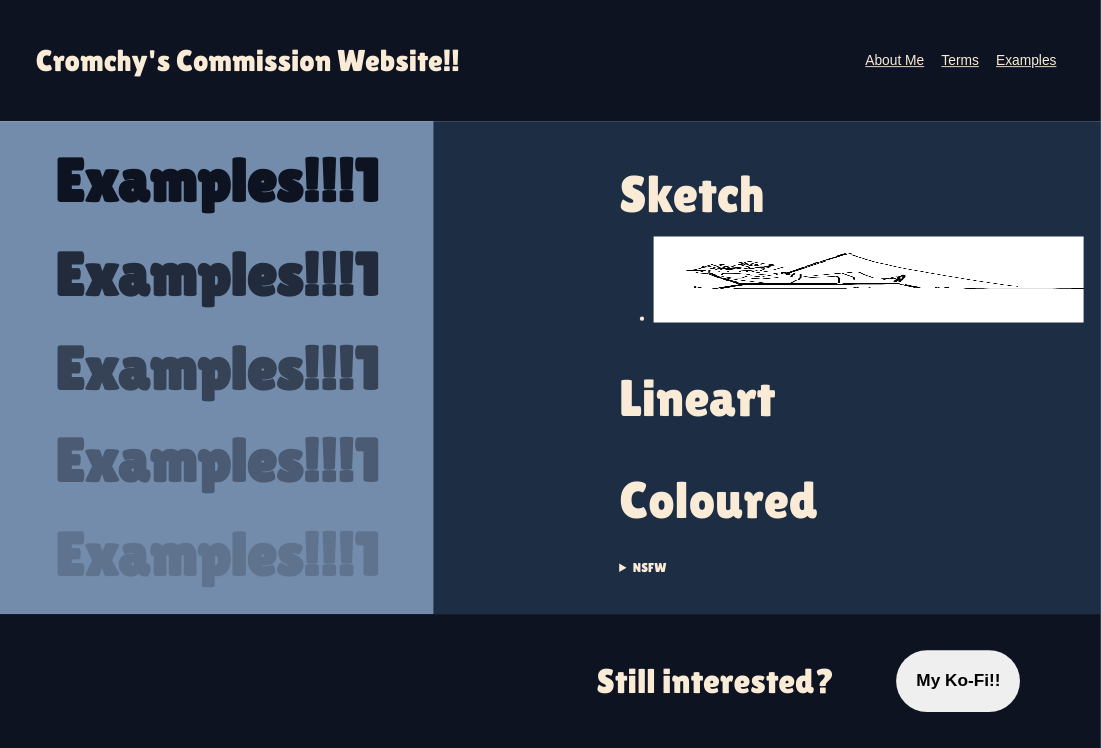
Repository: crackaLack1n/Cromchys_Commission_Site
Page: /Examples
These files come from the project's save history. The page is drawn as it stood at one moment and after the next save; the edit follows.
The browser window is 1280 px wide. The pictures show the whole page, at 86% of full size.
The project was rebuilt for these pictures with package versions that can differ from the ones it lists, and the page was loaded fresh each time. The framework's server and built-in components were replaced by stand-ins that run in the browser. Also part of the build but not shown: next.config.mjs.

Above is the page before, as saved 2024-06-14 20:58:27.

### pages/_app.js
import "@/styles/globals.css";
import { Lilita_One } from "next/font/google";


const lilita_One = Lilita_One({ weight: '400', subsets: ["latin"] });

export default function App({ Component, pageProps }) {
  return <Component {...pageProps} />;
}

### pages/Examples.js
import styles from '@/styles/Examples.module.css';
import Image from 'next/image';
import Footer from "@/Components/Footer";
import Header from "@/Components/Header";
import { Lilita_One } from "next/font/google";


const lilita_One = Lilita_One({ weight: '400', subsets: ["latin"] });



export default function Idk() {
  return (
    <>
      <Header />
      <main className={`${styles.main}`}>
        <div className={styles.mainContainer}>
          <div className={styles.containerLeft}>
            <div className={`${styles.contentLeft} ${lilita_One.className}`}>
              <p >Examples!!!1</p>
              <p style={{ opacity: '0.8' }}>Examples!!!1</p>
              <p style={{ opacity: '0.6' }}>Examples!!!1</p>
              <p style={{ opacity: '0.4' }}>Examples!!!1</p>
              <p style={{ opacity: '0.2' }}>Examples!!!1</p>
            </div>
          </div>
          <div className={styles.containerRight}>
            <div className={styles.contentRight}>
              <div className={styles.section}>
                <h2 className={`${styles.heading} ${lilita_One.className}`}>Sketch</h2>
                <ul className={styles.sectionList}>
                  <li><Image src={'/images/banner2.png'} width={500} height={100}></Image></li>
                </ul>
              </div>

              <div className={styles.section}>
                <h2 className={`${styles.heading} ${lilita_One.className}`}>Lineart</h2>
                <ul className={styles.sectionList}>
                </ul>
              </div>

              <div className={styles.section}>
                <h2 className={`${styles.heading} ${lilita_One.className}`}>Coloured</h2>
                <ul className={styles.sectionList}>
                </ul>
              </div>

              <div className={styles.section}>
                <details className={`${styles.headingNSFW} ${lilita_One.className}`}>
                  <summary>NSFW</summary>
                  <ul className={styles.sectionList}>
                    <li>hi</li>
                  </ul>
                </details>
              </div>
            </div>
          </div>
        </div>
      </main>
      <Footer />
    </>
  )
}

### styles/globals.css
:root {

}

body {
  margin: 0;
}

### styles/Examples.module.css
.main {
  display: flex;
  min-height: 20vh;
  background-color: #748CAB;
}


.mainContainer {
  position: relative;
 display: grid;
 grid-template-columns:  1fr 3fr;
height: auto;

}

.containerLeft {
  display: flex;
  width: 70vh;
  justify-content: center;
}

.contentLeft p {
  font-size: 70px;
  font-weight: 600;
  margin: 4vh;
  color: #0D1321;
}
.containerRight {
  display: flex;
  padding-left: 30vh;
  background-color: #1D2D44;
  width: auto;
  color: antiquewhite;
  font-family: sans-serif;
}

.heading {
  font-size: 60px;
  margin-bottom: 0;
}

.headingNSFW {
  font-size: 15px;
  margin-bottom: 0;
}

.image {
  z-index: 1;
  top: 30vh;
  left: 50vh;
  position: absolute;
  border-radius: 10px;
  box-shadow: #0D1321 10px 5px 5px ;
}

.section {
margin-bottom: 5vh;
width: 100%;
}

.sectionList li {
  margin-top: 5px;
}
/* Mobile */
@media (max-width: 700px) {

}

/* Tablet and Smaller Desktop */
@media (min-width: 701px) and (max-width: 1120px) {

}

### Components/Footer/index.js
import style from './footer.module.css';
import Link from 'next/link';
import { Lilita_One } from "next/font/google";


const lilita_One = Lilita_One({ weight: '400', subsets: ["latin"] });


export default function Footer() {
  return(
    <>
    <footer className={style.main}>
      <div className={style.content}>
      <h2 className={`${style.heading} ${lilita_One.className}`}>Still interested?</h2>
      <Link href="https://ko-fi.com/E1E49HTV/commissions">
      <button className={style.button}>My Ko-Fi!!</button>
      </Link>
      </div>
    </footer>
    </>
  )
}

### Components/Header/index.js
import Link from "next/link"
import style from './header.module.css';
import { Lilita_One } from "next/font/google";


const lilita_One = Lilita_One({ weight: '400', subsets: ["latin"] });

export default function Header() {
  return (
    <>
      <div className={style.main}>
        <h2 className={`${style.heading} ${lilita_One.className}`}>Cromchy's Commission Website!!</h2>
        <nav className={style.nav}>
          <ul className={style.buttons}>
            <li><Link href={`/`}>About Me</Link></li>
            <li><Link href={`/Terms`}>Terms</Link></li>
            <li><Link href={`/Examples`}>Examples</Link></li>
          </ul>
        </nav>
      </div>
    </>
  )
}

### Components/Footer/footer.module.css
.main {
  display: flex;
  padding: 3vh;
  background-color: #0D1321;
  color: antiquewhite;
  flex-shrink: 0;
}

.content {
  display: flex;
  flex-direction: row;
  width: 100%;
  justify-content: flex-end;
  align-items: center;
}

.heading {
  margin-right: 10vh;
  font-size: 40px;
}

.button {
  margin-right: 10vh;
  width: 20vh;
  height: 10vh;
  font-family: sans-serif;
  font-weight: bold;
  font-size: 20px;
  border-radius: 50px;
  border: transparent;
}

.button:hover {
  background-color: #748CAB;
  color: antiquewhite;
}

### Components/Header/header.module.css
.main {
  display: flex;
  justify-content: space-between;
  padding: 3vh;
  background-color: #0D1321;
  color: antiquewhite;
  align-items: center;

}

.main h2 {
  font-size: 35px;
  margin-left: 20px;

}

.nav {
justify-content: end;
font-family: sans-serif;
margin-right: 20px;

}

.buttons {
  display: flex;

}

.buttons li {
  padding: 10px;
  list-style-type: none;
  color: antiquewhite;
}

.buttons a {
  color: antiquewhite;
}

Loaded but not shown: pages/_document.js (common file)

After the next save:
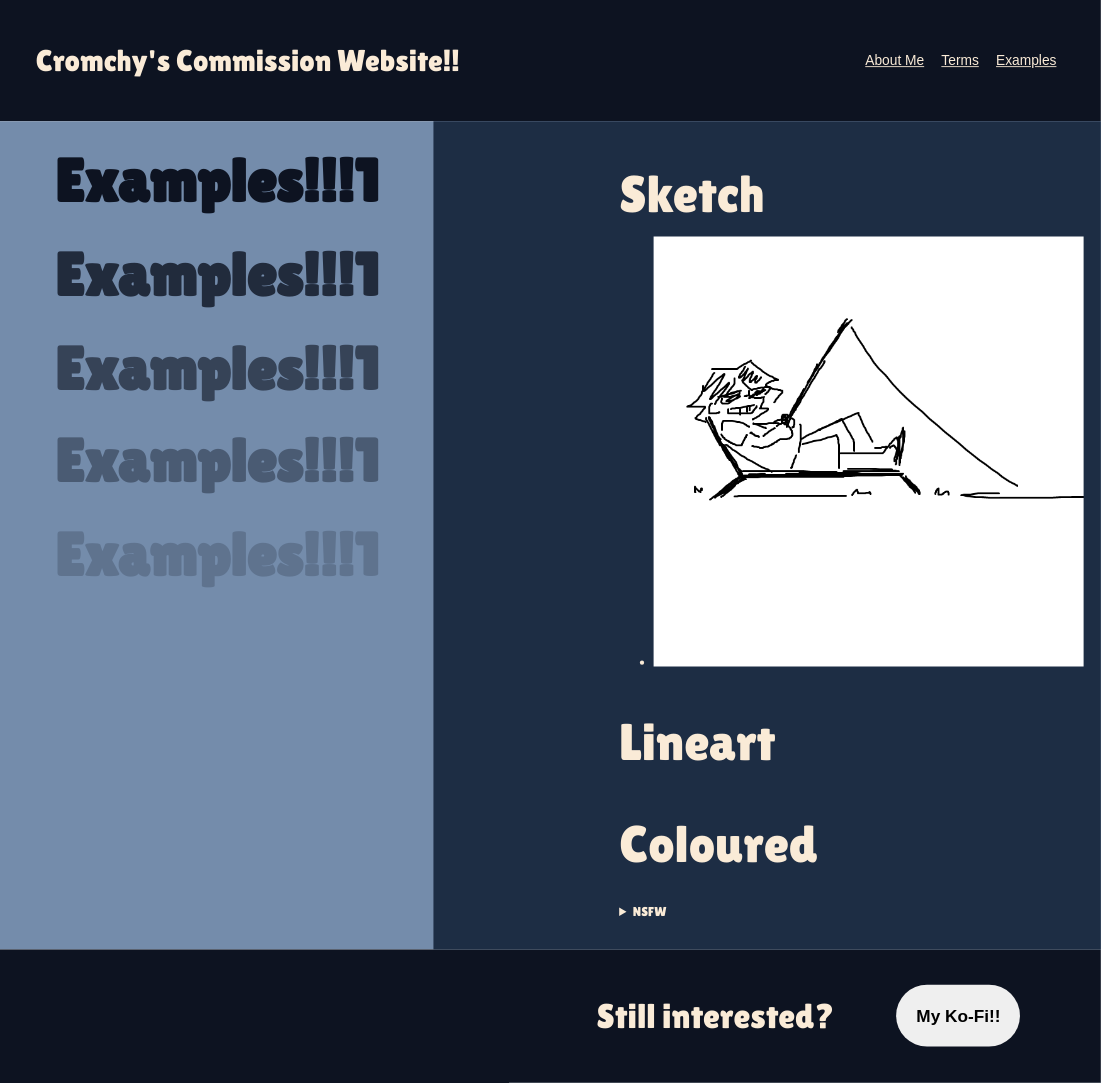
Saved 6 s later.
--- a/pages/Examples.js
+++ b/pages/Examples.js
@@ -29,7 +29,7 @@ export default function Idk() {
               <div className={styles.section}>
                 <h2 className={`${styles.heading} ${lilita_One.className}`}>Sketch</h2>
                 <ul className={styles.sectionList}>
-                  <li><Image src={'/images/banner2.png'} width={500} height={100}></Image></li>
+                  <li><Image src={'/images/banner2.png'} width={500} height={500}></Image></li>
                 </ul>
               </div>
 
